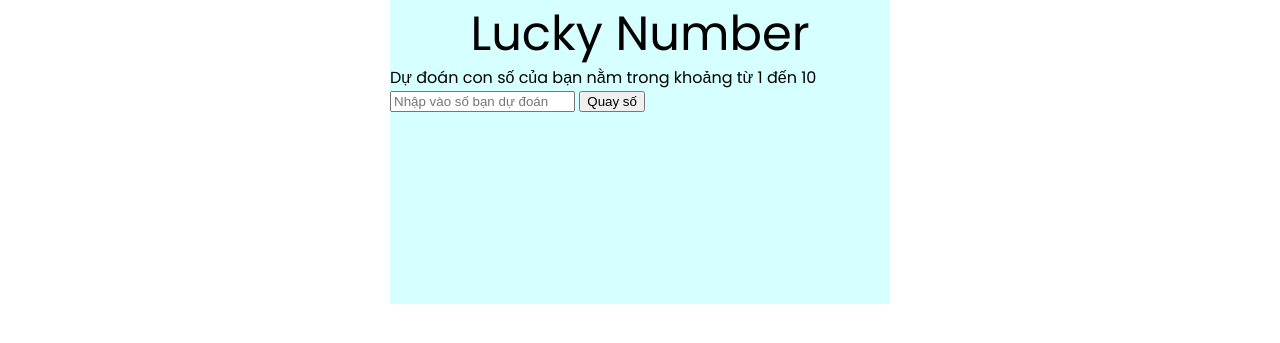
Repository: whis16720/PhuNguyen-C4EJS-D15
Page: index.html
These files come from the project's save history. The page is drawn as it stood at one moment and after a run of saves; the edit follows.
The browser window is 1280 px wide. The pictures show the whole page.
The style sheet was rebuilt from its Sass, Less or Tailwind sources for each picture, by a compiler version that may differ from the author's.

Above is the page before, as saved 2020-09-22 19:34:37.

### index.html
<!DOCTYPE html>
<html lang="en">
<head>
	<meta charset="UTF-8">
	<meta name="viewport" content="width=device-width, initial-scale=1.0">
	<title>Document</title>
	<link rel="stylesheet" href="style.css">
	<link rel="stylesheet" href="reset.css">
	<link href="https://fonts.googleapis.com/css2?family=Poppins:wght@200;300;400;600;700&display=swap" rel="stylesheet">
	<script src="index.js"></script>
</head>
<body>
	<div class="game">
		<h1 class="game__name">Lucky Number</h1>
		<p class="game__details">Dự đoán con số của bạn nằm trong khoảng từ 1 đến 10</p>
		<form class="game__input">
			<input type="text" placeholder="Nhập vào số bạn dự đoán" class="game__number">
			<button class="game__btn">Quay số</button>
		</form>

	</div>
</body>
</html>

### style.scss
html {
	font-size: 62.5%; // 1rem = 10px
}
.game {
	font-family: "Poppins", sans-serif;
	line-height: 1.4;
	width: 500px;
	height: 19rem;
	margin: auto;
	background-color: #d6ffff;
	&__name {
		text-align: center;
		font-size: 3rem;
	}
}

Loaded but not shown: reset.css (common file); index.js (no copy from this time; the picture is the same without it)

After the next 2 saves:
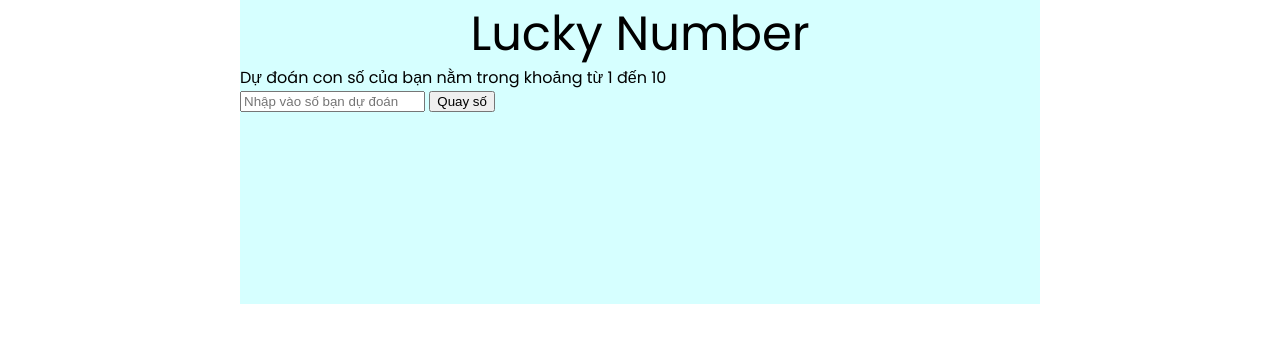
The 2 saves are shown as one change because they came seconds apart.
The last was saved 7 s later.
--- a/style.scss
+++ b/style.scss
@@ -4,7 +4,7 @@
 .game {
 	font-family: "Poppins", sans-serif;
 	line-height: 1.4;
-	width: 500px;
+	width: 50rem;
 	height: 19rem;
 	margin: auto;
 	background-color: #d6ffff;
